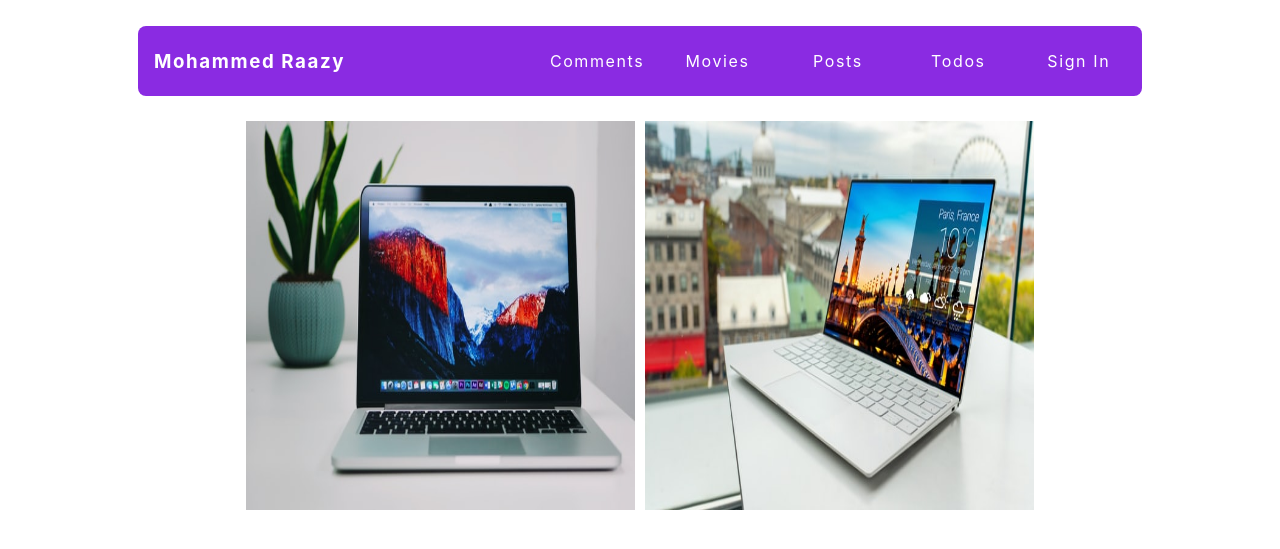
Repository: raazymuhd1/learn-nextjs
Page: /sass
The author's editor kept a copy of each file at every save. The page is drawn from the files as they stood at one save, then again after the next save.
The browser window is 1280 px wide. The pictures show the whole page.
The page's requests for data from a server got no answer. The project was rebuilt for these pictures with package versions that can differ from the ones it lists, and the page was loaded fresh each time. The framework's server and built-in components were replaced by stand-ins that run in the browser. No one was signed in, and anything a server would have sent is missing.

Above is the page before, as saved 2021-09-04 19:49:43.

After the next save:
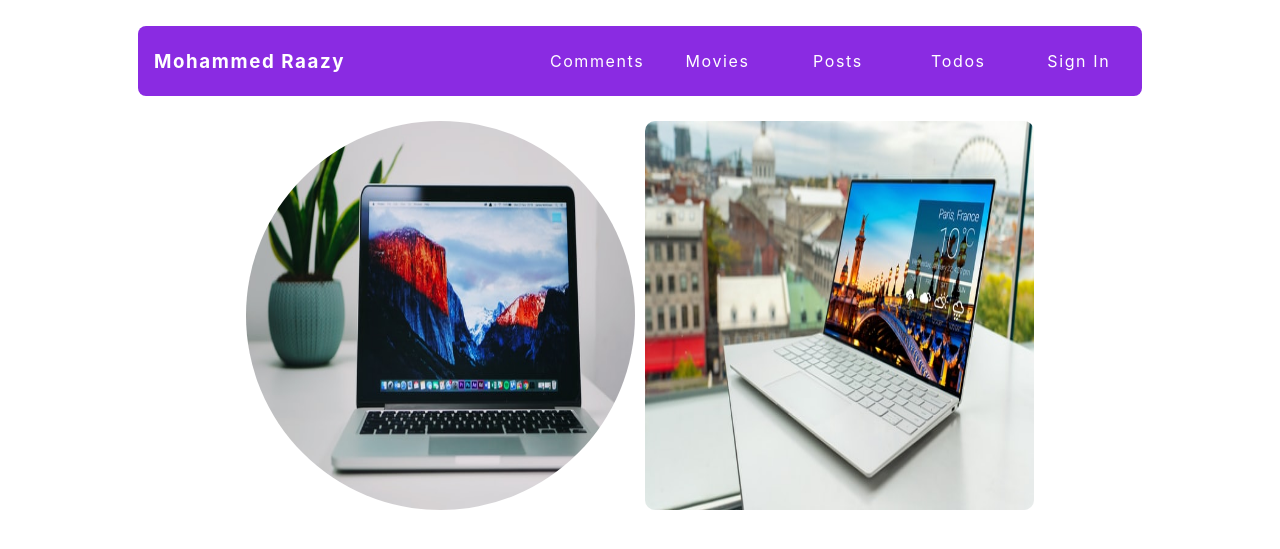
Saved 27 s later.
--- a/pages/sass/index.js
+++ b/pages/sass/index.js
@@ -6,8 +6,8 @@ import { lp1, lp2} from "../../public"
 const Sass = () => {
     return (
         <div className={styles.container}>
-             <Image src={lp1} width={400} height={400} placeholder="blur" />
-             <Image src={lp2} width={400} height={400} placeholder="blur" />
+             <Image className={styles.square} src={lp1} width={400} height={400} placeholder="blur" />
+             <Image className={styles.circle}  src={lp2} width={400} height={400} placeholder="blur" />
         </div>
     )
 }
